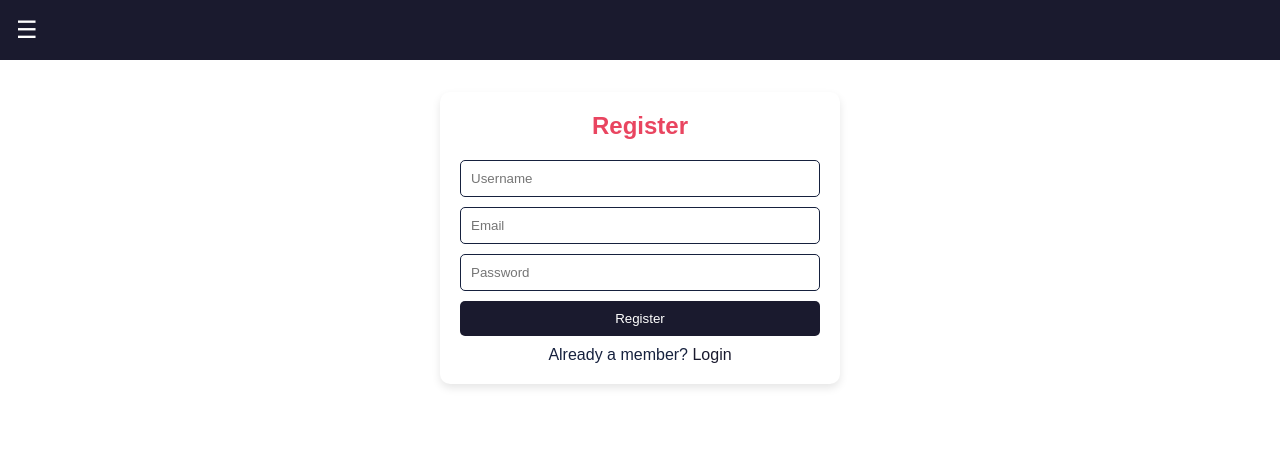
Repository: prachi-d-2/zodiac
Page: /loginregister (app in client/)
The author's editor kept a copy of each file at every save. The page is drawn from the files as they stood at one save, then again after the next save.
The browser window is 1280 px wide. The pictures show the whole page.
The project was rebuilt for these pictures with package versions that can differ from the ones it lists, and the page was loaded fresh each time. Also part of the build but not shown: client/src/components/Home.css, client/src/components/Home.js, client/src/components/Forum.js, client/src/components/Profile.css, client/src/components/Profile.js, client/src/components/Horoscope.js, client/src/components/Connect.css, client/src/components/Connect.js and 1 more.

Above is the page before, as saved 2024-11-28 02:24:48.

After the next save:
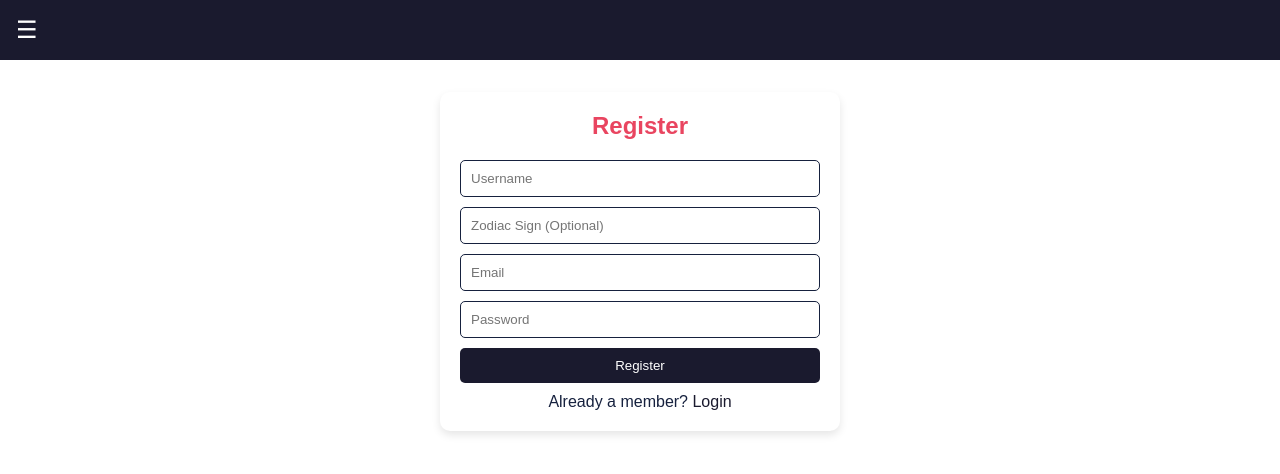
Saved 12 min 56 s later.
--- a/client/src/components/LoginRegister.js
+++ b/client/src/components/LoginRegister.js
@@ -8,6 +8,7 @@ function LoginRegister({ setIsLoggedIn }) {
   const [username, setUsername] = useState('');
   const [email, setEmail] = useState('');
   const [password, setPassword] = useState('');
+  const [zodiacSign, setZodiacSign] = useState('');
   const [error, setError] = useState('');
   const navigate = useNavigate();
 
@@ -15,18 +16,17 @@ function LoginRegister({ setIsLoggedIn }) {
     e.preventDefault();
 
     try {
+      let data;
       if (isLogin) {
-        const data = await login(email, password);
-        if (data) {
-          setIsLoggedIn(true);
-          navigate('/profile');
-        }
+        data = await login(email, password);
       } else {
-        const data = await register(username, email, password);
-        if (data) {
-          setIsLoggedIn(true);
-          navigate('/profile');
-        }
+        data = await register(username, email, password, zodiacSign);
+      }
+
+      if (data && data.token) {
+        localStorage.setItem('token', data.token);
+        setIsLoggedIn(true);
+        navigate('/profile');
       }
     } catch (err) {
       setError(isLogin ? 'Login failed! Please check your credentials.' : 'Registration failed! Please try again.');
@@ -38,13 +38,21 @@ function LoginRegister({ setIsLoggedIn }) {
       <h2>{isLogin ? 'Login' : 'Register'}</h2>
       <form onSubmit={handleSubmit}>
         {!isLogin && (
-          <input
-            type="text"
-            placeholder="Username"
-            value={username}
-            onChange={(e) => setUsername(e.target.value)}
-            required
-          />
+          <>
+            <input
+              type="text"
+              placeholder="Username"
+              value={username}
+              onChange={(e) => setUsername(e.target.value)}
+              required
+            />
+            <input
+              type="text"
+              placeholder="Zodiac Sign (Optional)"
+              value={zodiacSign}
+              onChange={(e) => setZodiacSign(e.target.value)}
+            />
+          </>
         )}
         <input
           type="email"
